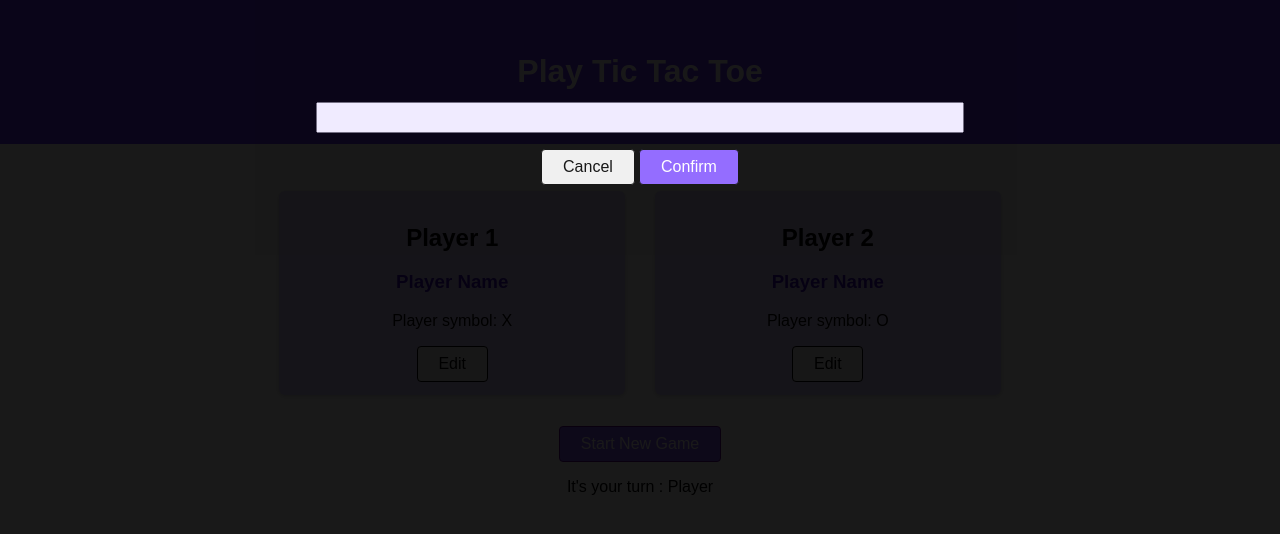
Repository: Harjot00/Wevdev
Page: Tic tac toe/index.html
These files come from the project's save history. The page is drawn as it stood at one moment and after the next save; the edit follows.
The browser window is 1280 px wide. The pictures show the whole page.
Some web fonts or font styles are not loaded; a fallback is used.

Above is the page before, as saved 2022-05-21 23:09:13.

After the next save:
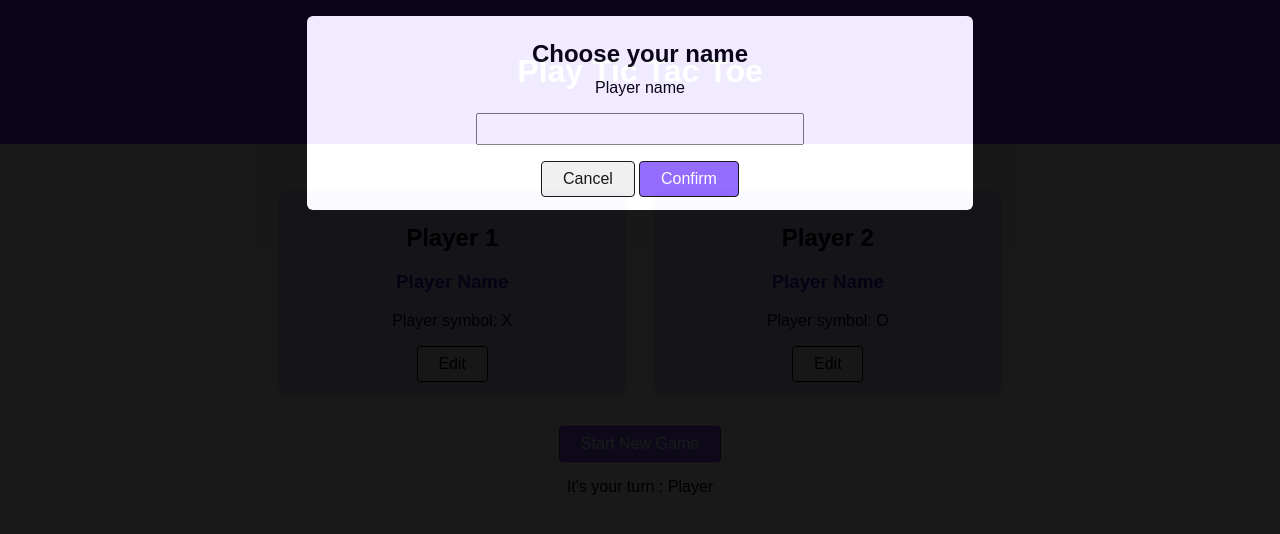
Saved 8 s later.
--- a/Tic tac toe/index.html
+++ b/Tic tac toe/index.html
@@ -17,7 +17,8 @@
     </header>
     <main>
         <aside>
-            <h2>Choose your name</h2>
+            <div id="curtain">
+                <h2>Choose your name</h2>
             <form >
                 <div>
                     <label for = "playername">Player name</label>
@@ -29,6 +30,7 @@
                     <button class="btn-class" id="confirm-btn" type="submit">Confirm</button>
                 </div>
             </form>
+            </div>
         </aside>
 
         <div id="gamestyle">
@@ -37,13 +39,13 @@
                     <h2>Player 1</h2>
                     <h3>Player Name</h3>
                     <p>Player symbol: X</p>
-                    <button class="btn-class">Edit</button>
+                    <button class="btn-class" id="player1editbtn">Edit</button>
                 </li>
                 <li>
                     <h2>Player 2</h2>
                     <h3>Player Name</h3>
                     <p>Player symbol: O</p>
-                    <button class="btn-class">Edit</button>
+                    <button class="btn-class" id="player2editbtn">Edit</button>
                 </li>
             </ol>
             <button id="start-btn">Start New Game</button>
